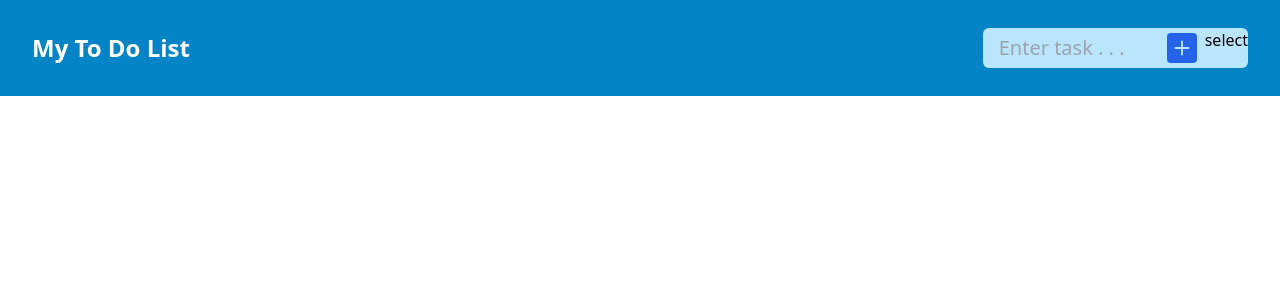
Repository: SaadYasin/react-to-do-list
Page: /
The author's editor kept a copy of each file at every save. The page is drawn from the files as they stood at one save, then again after the next save.
The browser window is 1280 px wide. The pictures show the whole page.
The project was rebuilt for these pictures with package versions that can differ from the ones it lists, and the page was loaded fresh each time. Also part of the build but not shown: src/App.css.

Above is the page before, as saved 2022-11-09 20:30:46.

### public/index.html
<!DOCTYPE html>
<html lang="en">
  <head>
    <meta charset="utf-8" />
    <link rel="icon" href="%PUBLIC_URL%/favicon.ico" />
    <meta name="viewport" content="width=device-width, initial-scale=1" />
    <meta name="theme-color" content="#000000" />
    <meta
      name="description"
      content="Web site created using create-react-app"
    />
    <link rel="apple-touch-icon" href="%PUBLIC_URL%/logo192.png" />

    <link rel="manifest" href="%PUBLIC_URL%/manifest.json" />

    <title>React | To Do List</title>
  </head>
  <body>
    <noscript>You need to enable JavaScript to run this app.</noscript>
    <div id="root"></div>

  </body>
</html>

### src/App.js
import Header from './components/Header';
import './App.css';

function App() {
  return (
    <div>
      <Header />
    </div>
  );
}

export default App;

### src/components/Header.js
import React from 'react'
import Input from './Input'

const Header = () => {
  return (
    <div className="flex flex-col items-center md:flex-row md:justify-between h-24 bg-sky-600 px-8">
      <h1 className="text-2xl font-bold text-white my-2">My To Do List</h1>
      <Input />
    </div>
  );
}

export default Header

### src/components/Input.js
import React from "react";
import { BsFillPlusSquareFill } from "react-icons/bs";

const Input = () => {
  return (
    <div>
      <form className="flex h-10 bg-sky-200 rounded-md">
        <input
          type="text"
          placeholder="Enter task . . ."
          className="text-xl bg-transparent text-white px-4 w-44 outline-none"
        />
        <button className="text-3xl text-blue-600 px-2" type="submit">
          <BsFillPlusSquareFill />
        </button>

        <div className="select">
          select
        </div>
      </form>
    </div>
  );
};

export default Input;

Loaded but not shown: src/index.js (common file); src/index.css (common file); tailwind.config.js (common file)

After the next save:
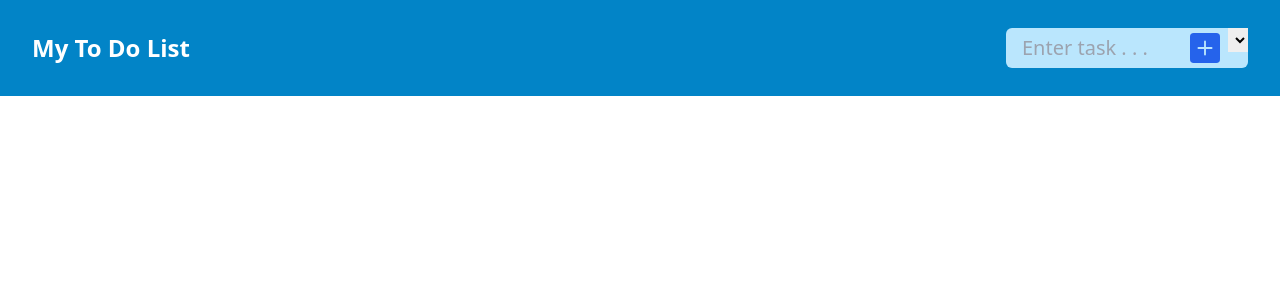
Saved 18 s later.
--- a/src/components/Input.js
+++ b/src/components/Input.js
@@ -15,7 +15,7 @@
         </button>
 
         <div className="select">
-          select
+          <select name="" id=""></select>
         </div>
       </form>
     </div>
